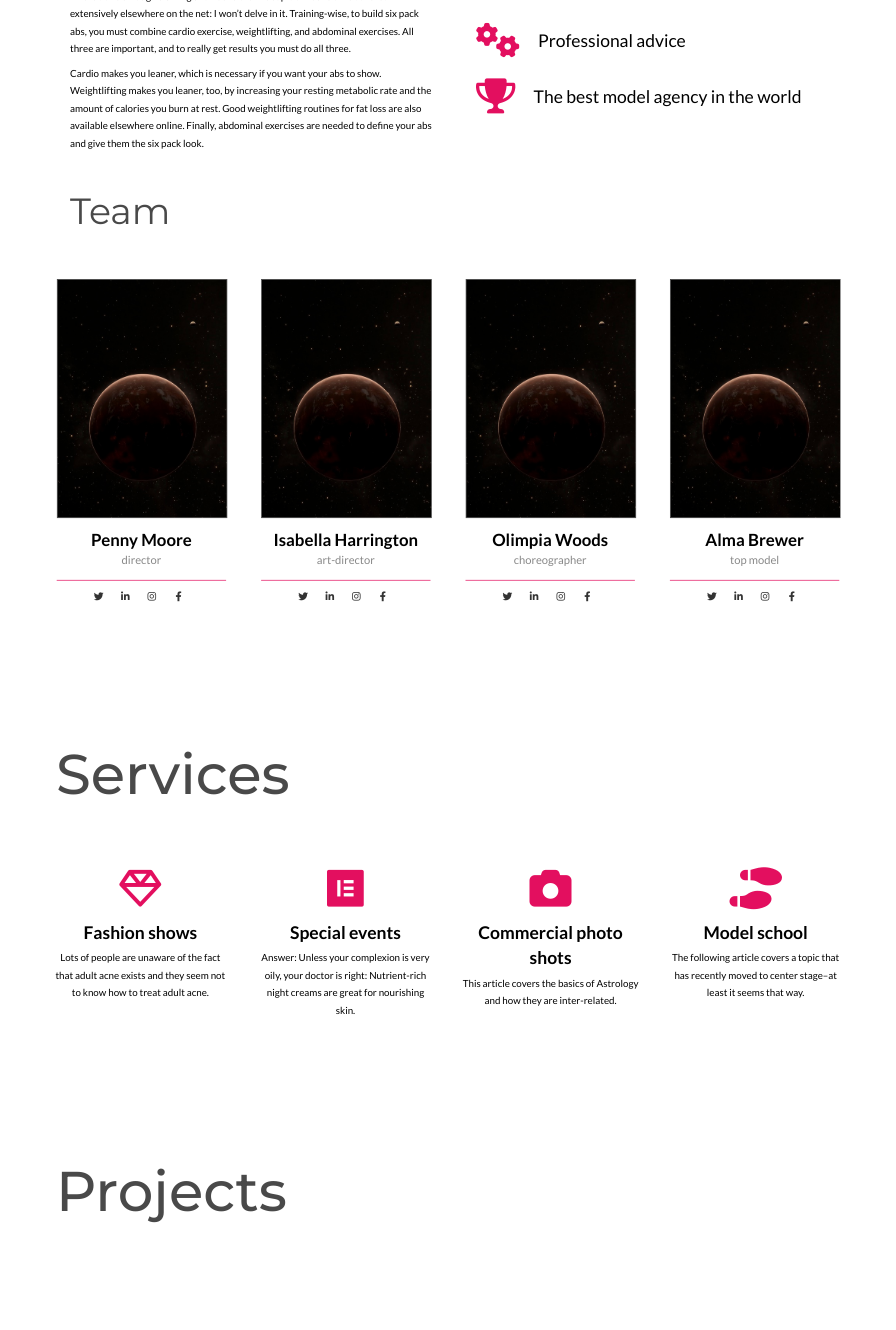
Repository: soniaarefin/cosmo
Page: index.html
These files come from the project's save history. The page is drawn as it stood at one moment and after a run of saves; the edit follows.
The browser window is 1280 px wide. The pictures show the part of the page from y = 1029 to 2949 px (the page is 2929 px tall before and 2949 px after), at 70% of full size.

Above is the page before, as saved 2021-11-09 22:18:50.

After the next 2 saves:
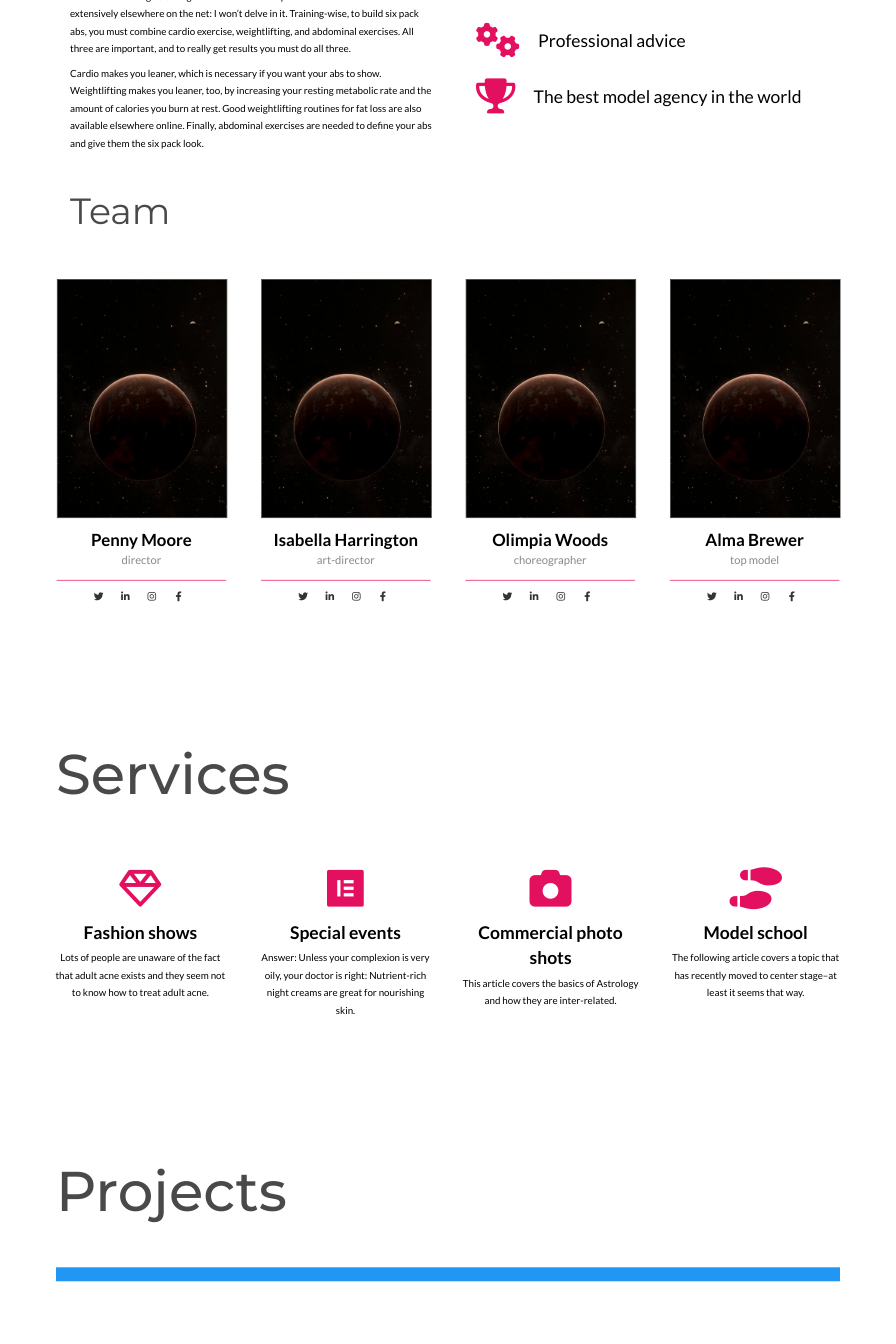
The 2 saves are shown as one change because they came seconds apart.
The last was saved 21 s later.
--- a/index.html
+++ b/index.html
@@ -207,7 +207,7 @@
                 <div class="projects_h1">
                     <h1 class="section-h1">Projects</h1>
                 </div>
-                <div>
+                <div class="projects-grid_container">
 
                 </div>
             </div>

After the save that followed:
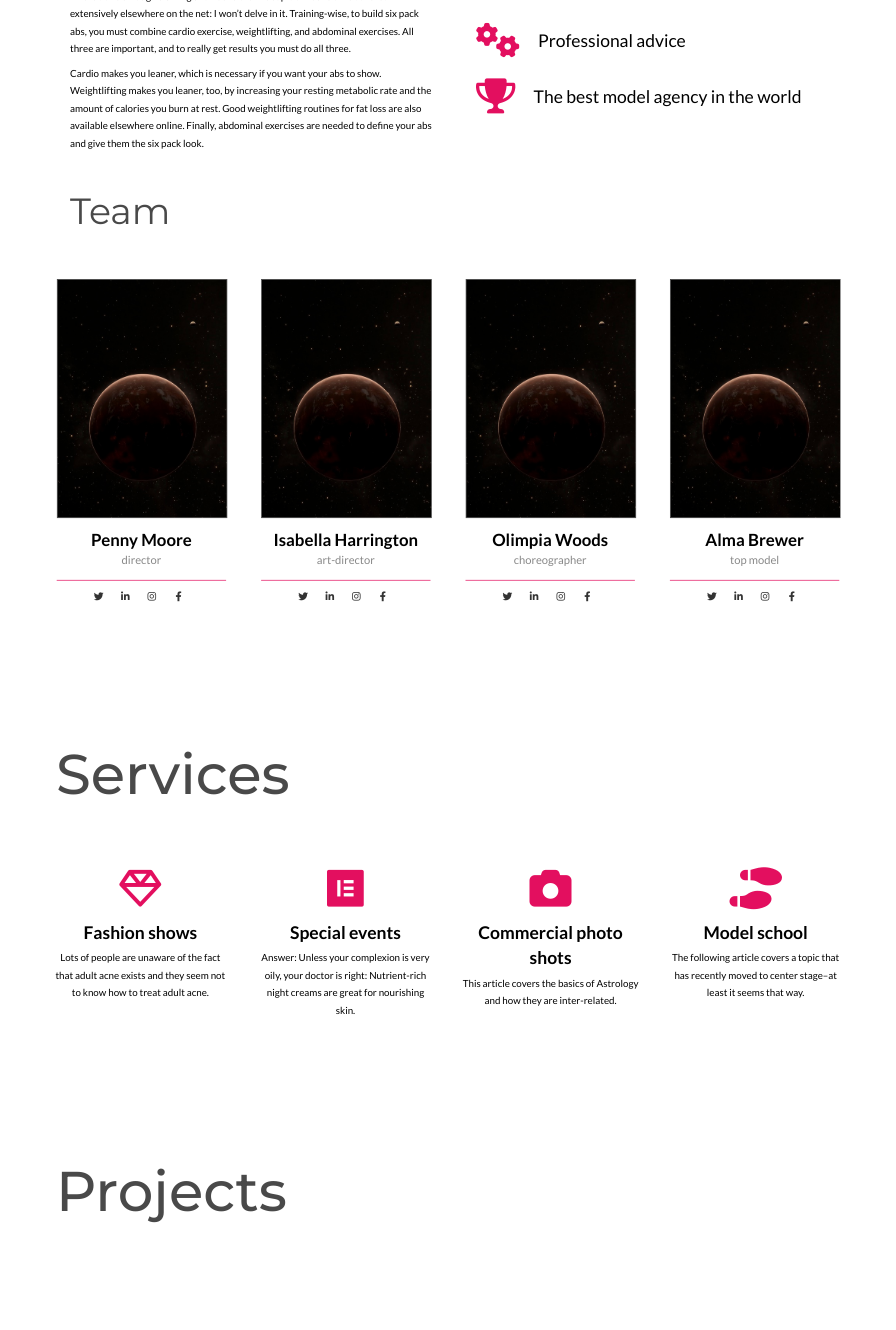
Saved 17 s later.
--- a/index.html
+++ b/index.html
@@ -207,9 +207,7 @@
                 <div class="projects_h1">
                     <h1 class="section-h1">Projects</h1>
                 </div>
-                <div class="projects-grid_container">
 
-                </div>
             </div>
         </section>
         <!-- Section Projects Ends -->
